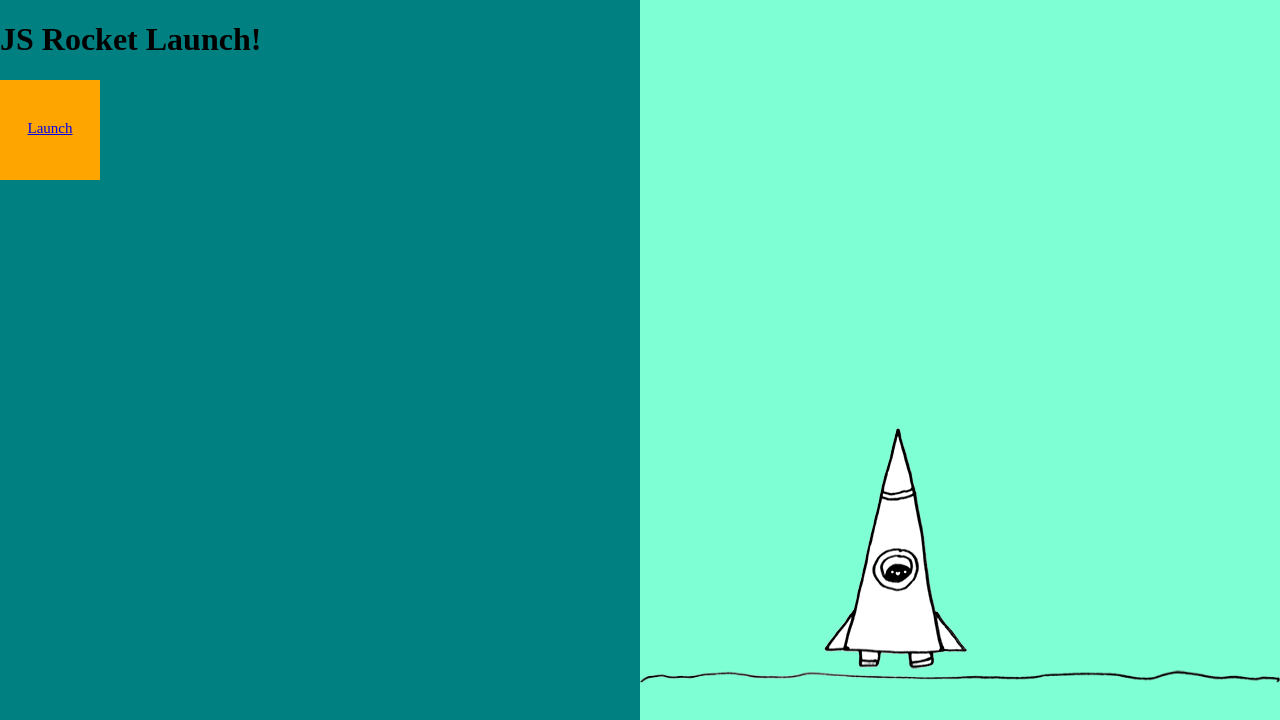
Repository: alcarrizo/Rocket-launch
Page: index.html
An editor plug-in stored every save of this project. The page is shown before and after the next save, followed by the edit.
The browser window is 1280 px wide. The pictures show the whole page.

Above is the page before, as saved 2022-10-20 16:14:34.

### index.html
<!DOCTYPE html>
<html lang="en">
<head>
    <meta charset="UTF-8">
    <meta http-equiv="X-UA-Compatible" content="IE=edge">
    <meta name="viewport" content="width=device-width, initial-scale=1.0">
    <title>Rocket Launch sequence</title>
    <script type="text/javascript" src="js/script.js"> </script>
    <link rel="stylesheet" href="css/style.css">
</head>
<body class="body-state1" id="body">
    <div class="left">
        <div class="state1">
            <h1>JS Rocket Launch!</h1>
            <a href="#" class="button" onclick="changeState(2);">Launch</a>
        </div>
        <div class="state2">
            <h1 class="countdown" id="countdown">10</h1>
            <a href="#" class="button" onclick="changeState(1);">Abort</a>
        </div>
        <div class="state3">
            <h1>Lift Off!</h1>
        </div>
        <div class="state4">
            <h1>Well done!</h1>
            <a href="#" class="button" onclick="changeState(1);">Do it again</a>
        </div>
        <div class="state5">
            <h1>Oh No!!!!</h1>
            <a href="#" class="button" onclick="changeState(1);">Try Again!</a>
        </div>
    </div>

    <div class="right">
        <div class="rocket" id="rocket"></div>
        <div class="ground"></div>
    </div>
</body>
</html>

### js/script.js
/*var countDown = function (i) {
    console.log(i)
    setTimeout(function () {
        i--
        document.getElementById("countdown").innerHTML = i;
        if (document.getElementById('body').className != 'body-state1') {
            if (i > 0) {
                countDown(i)
            }
            else {
                changeState(3)
            }
        }

    }, 1000)
}*/
var timer = null;
var CountDownNum = 10;
var changeState = function (state) {
    document.body.className = 'body-state' + state;
    clearInterval(timer);
    if (state != 2 && document.getElementById('countdown').innerHTML != 10) {
        CountDownNum = 10;
        document.getElementById('countdown').innerHTML = CountDownNum;
    }
    if (state == 2) {
        timer = setInterval(() => {
            CountDownNum -= 1;
            document.getElementById('countdown').innerHTML = CountDownNum;

            if (CountDownNum <= 0) {
                changeState(3);

            }
        }, 200);
    }
    else if (state == 3) {
        var success = setTimeout(() => {
            var randomNum = Math.round(Math.random() * 10)
            //success
            console.log('random number: ' + randomNum)
            if (randomNum > 5) {
                changeState(4)
            }
            else {
                //fail
                changeState(5)
            }

        }, 2000);
    }
    // if (state == 1) {
    //     document.body.className = 'body-state1'
    // }
    // else if (state == 2) {
    //     document.body.className = 'body-state2'
    //     countDown(10)
    //     // for (let i = 10; i >= 0; i--) {
    //     //     setTimeout()
    //     //     document.getElementById("countdown").innerHTML = i;
    //     // }
    // }
    // else if (state == 3) {
    //     document.body.className = 'body-state3'
    //     document.getElementById('rocket').className = 'rocket flying';
    // }
    // else if (state == 4) {
    //     document.body.className = 'body-state4'
    // }
    // else {
    //     document.body.className = 'body-state5'
    // }
    // for (let i = 10; i >= 0; i--) {
    //     bdy.content = i;
    // }
    //document.getElementById('rocket').className = 'rocket flying';
}

### css/style.css
body {
    position: relative;
}

.left {
    position: fixed;
    box-sizing: border-box;
    width: 50%;
    height: 100%;
    top: 0;
    left: 0;
    background-color: teal;
}

.right {
    position: fixed;
    box-sizing: border-box;
    width: 50%;
    height: 100%;
    top: 0;
    right: 0;
    background-color: aquamarine;
}

.rocket {
    position: absolute;
    left: 50%;
    bottom: 20px;
    width: 143px;
    height: 272px;
    background-color: blue;
    transition: bottom 10s;
    margin-left: -136px;

}

.body-state1 .rocket {
    transition: none;
    background: url("../img/rocket-state1.png") no-repeat 0 0;
    background-size: 100%;

}


.body-state2 .rocket {

    background: url("../img/rocket-state2.gif") no-repeat 0 0;
    background-size: 100%;
}

.body-state3 .rocket,
.body-state4 .rocket {
    bottom: 1000px;
    background: url("../img/rocket-state3.gif") no-repeat 0 0;
    background-size: 100%;
}

.body-state5 .rocket {
    width: 209px;
    height: 200px;
    background: url("../img/boom.png") no-repeat 0 0;
    background-size: 100%;
}

.ground {
    position: absolute;
    bottom: 0;
    left: 0;
    background: url("../img/ground.png") no-repeat 0 0;
    background-size: 100%;
    width: 100%;
    height: 50px;

}

/* .ground {
    background-color: green;
    position: absolute;
    bottom: 0;
    left: 0;
    width: 100%;
    height: 20px;
} */

a {}

a.button {
    display: block;
    box-sizing: border-box;
    text-align: center;
    padding-top: 40px;
    height: 100px;
    width: 100px;
    font-size: 15px;
    background-color: orange;

}

.state1,
.state2,
.state3,
.state4,
.state5 {
    display: none;
}

body.body-state1 .state1 {
    display: block;
}

body.body-state2 .state2 {
    display: block;
}

body.body-state3 .state3 {
    display: block;
}

body.body-state4 .state4 {
    display: block;
}

body.body-state5 .state5 {
    display: block;
}

After the next save:
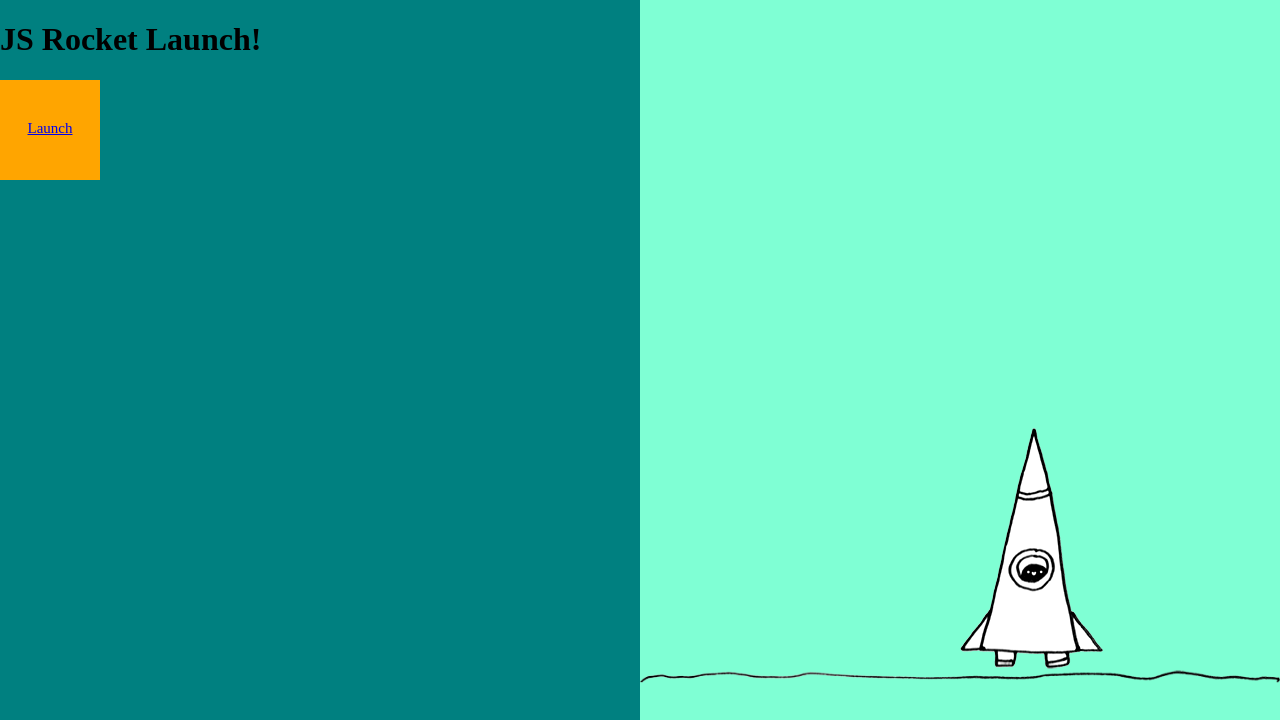
Saved 20 s later.
--- a/css/style.css
+++ b/css/style.css
@@ -30,7 +30,7 @@ body {
     height: 272px;
     background-color: blue;
     transition: bottom 10s;
-    margin-left: -136px;
+
 
 }
 

After the save that followed:
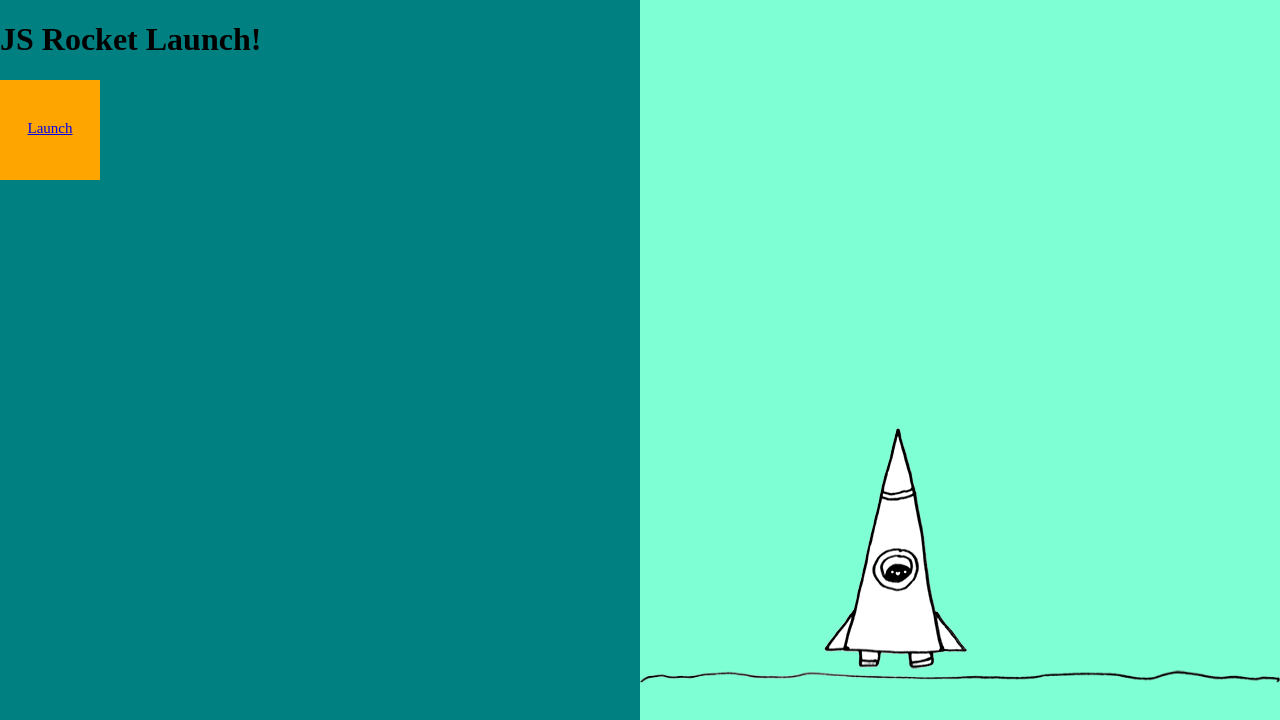
Saved 4 s later.
--- a/css/style.css
+++ b/css/style.css
@@ -30,7 +30,7 @@ body {
     height: 272px;
     background-color: blue;
     transition: bottom 10s;
-
+    margin-left: -136px;
 
 }
 
